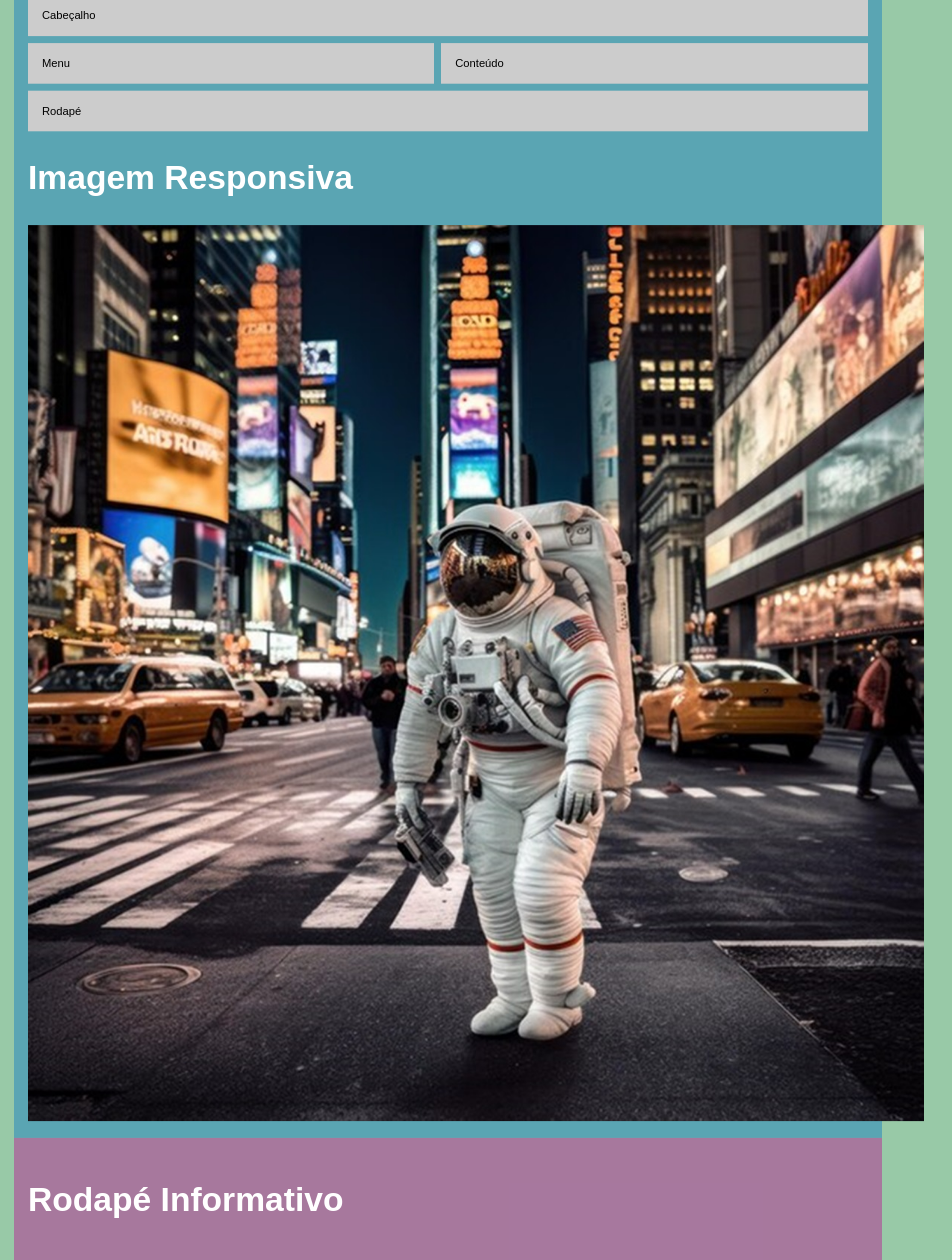
Repository: douglasabnovato/model-lp
Page: index.html
An editor plug-in stored every save of this project. The page is shown before and after the next save, followed by the edit.
The browser window is 1280 px wide. The page is 1320 px wide, then 1360 px, so the pictures cover 1360 px, including what lies to the right of the window. The pictures show the part of the page from y = 852 to 2692 px (the page is 2652 px tall before and 2692 px after), at 70% of full size.

Above is the page before, as saved 2025-02-25 11:39:59.

After the next save:
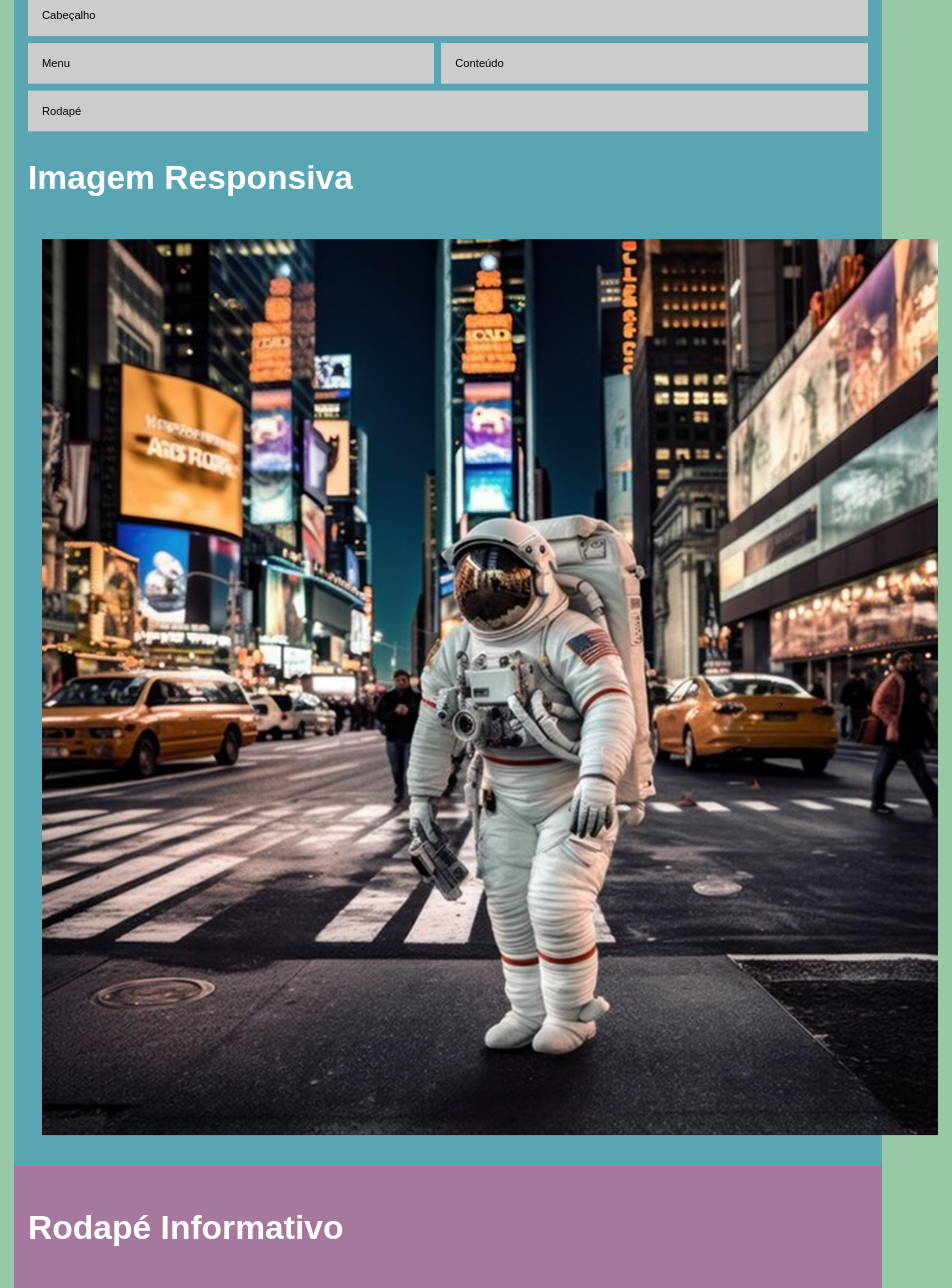
Saved 89 s later.
--- a/style.css
+++ b/style.css
@@ -71,6 +71,10 @@ footer {
   background-color: #b81b9377;
 }
 
+img {
+    padding: 20px;
+}
+
 /* Media Query para telas maiores */
 @media (min-width: 768px) {
   body {
